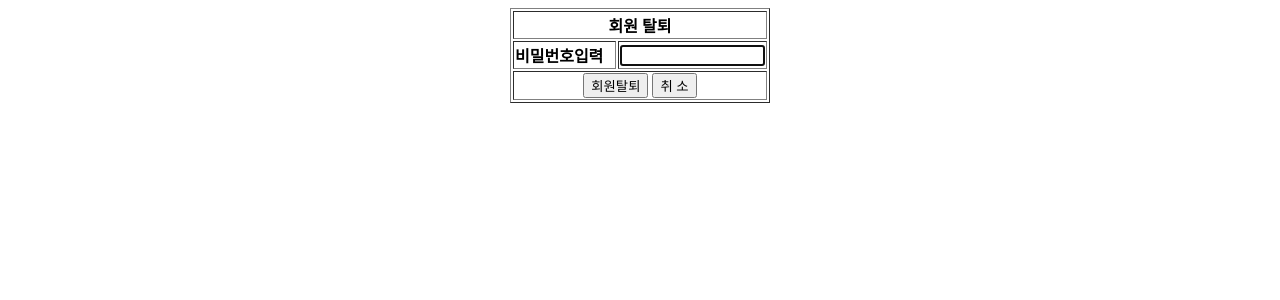
Repository: DynamicRD/jsp_Study
Page: http://localhost/jspStudy/memberone/deleteForm.jsp
The author's editor kept a copy of each file at every save. The page is drawn from the files as they stood at one save, then again after the next save.
The browser window is 1280 px wide. The pictures show the whole page.
The page is served by Tomcat 9.

Above is the page before, as saved 2024-12-12 03:40:01.

After the next save:
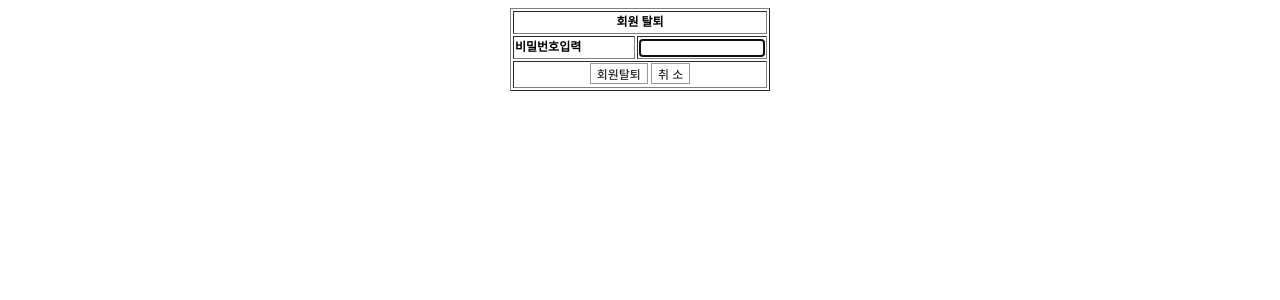
Saved 14 s later.
--- a/jspStudy/src/main/webapp/memberone/deleteForm.jsp
+++ b/jspStudy/src/main/webapp/memberone/deleteForm.jsp
@@ -4,6 +4,7 @@
 <head>
 <title>회원탈퇴</title>
 </head>
+<link href="style.css" type="text/css" rel="stylesheet" />
 <!-- 내부 자바스크립트 -->
 <script language="javascript">
 	function begin() {
